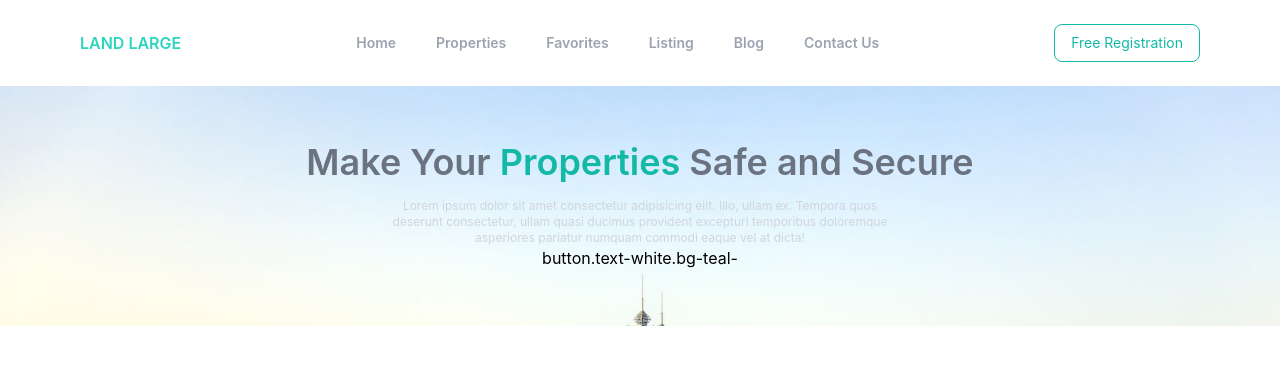
Repository: MuniruIssah/realestate
Page: /
The author's editor kept a copy of each file at every save. The page is drawn from the files as they stood at one save, then again after a run of saves.
The browser window is 1280 px wide. The pictures show the whole page.
The project was rebuilt for these pictures with package versions that can differ from the ones it lists, and the page was loaded fresh each time. Also part of the build but not shown: src/App.css.

Above is the page before, as saved 2022-02-19 22:02:49.

After the next 7 saves:
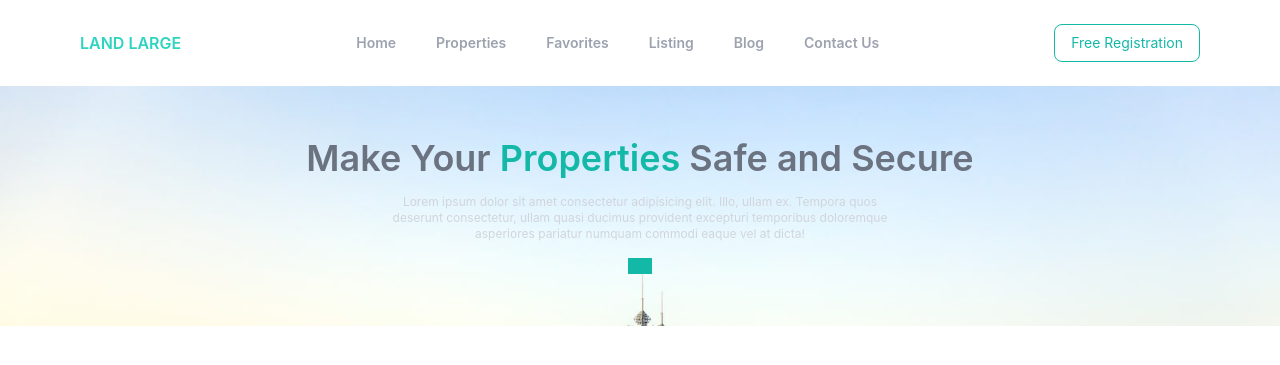
The 7 saves are shown as one change because they came seconds apart.
The last was saved 15 s later.
--- a/src/components/Jumbotron.js
+++ b/src/components/Jumbotron.js
@@ -16,7 +16,9 @@ const Jumbotron = () => {
         excepturi temporibus doloremque asperiores pariatur numquam commodi
         eaque vel at dicta!
       </p>
-      button.text-white.bg-teal-
+      <button className="text-white bg-teal-500 py-2 px-3">
+
+      </button>
     </div>
   );
 };
